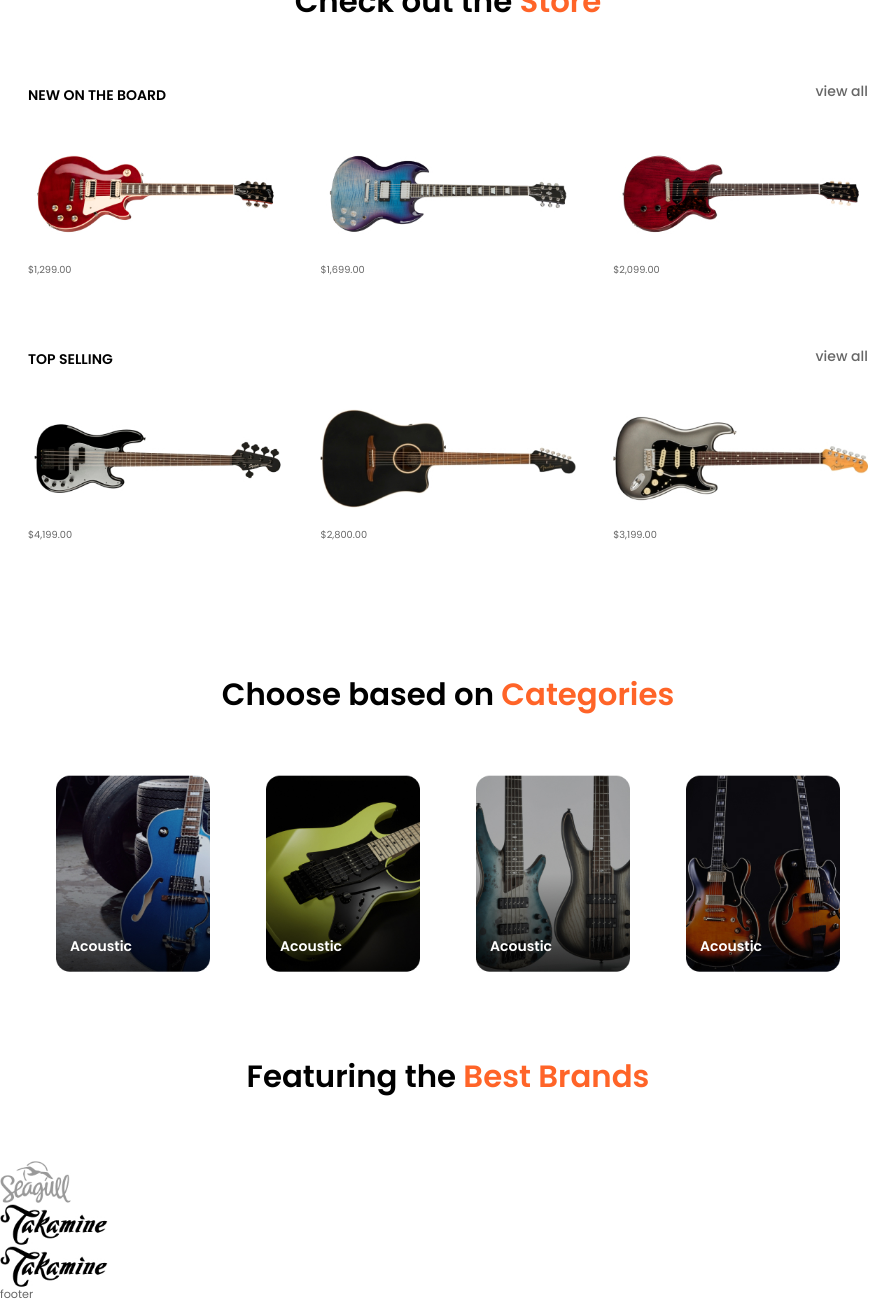
Repository: MorgunovaAlexandra/verstka-gitare-store
Page: index.html
These files come from the project's save history. The page is drawn as it stood at one moment and after a run of saves; the edit follows.
The browser window is 1280 px wide. The pictures show the part of the page from y = 773 to 2693 px (the page is 2630 px tall before and 2693 px after), at 70% of full size.

Above is the page before, as saved 2022-06-11 17:42:12.

After the next 4 saves:
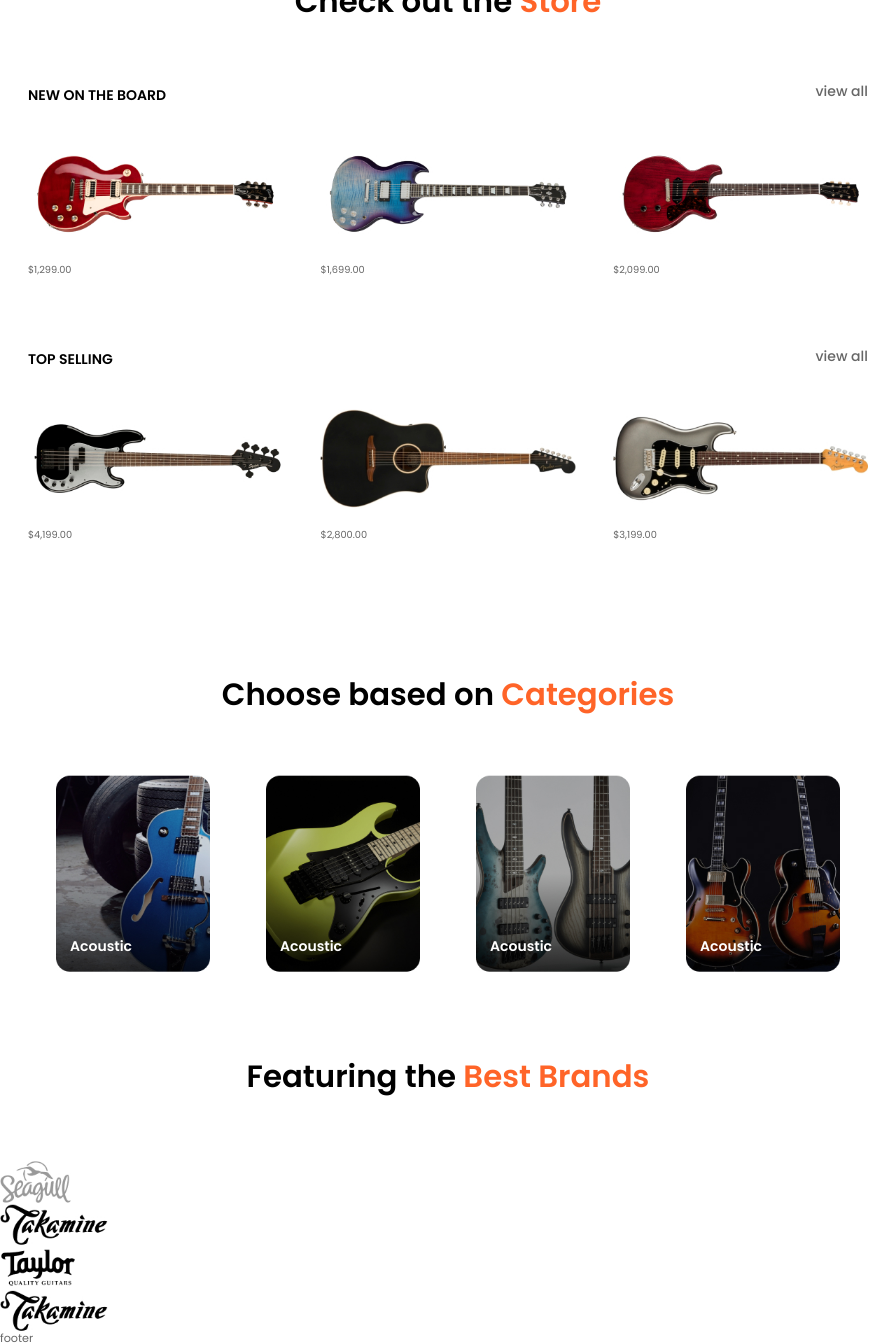
The 4 saves are shown as one change because they came seconds apart.
The last was saved 14 s later.
--- a/index.html
+++ b/index.html
@@ -151,6 +151,9 @@
                     <img src="./img/brand/Group.jpg" alt="brand">
                   </div>
                   <div class="brand__item item">
+                    <img src="./img/brand/Group.png" alt="brand">
+                  </div>
+                  <div class="brand__item item">
                     <img src="./img/brand/Group.jpg" alt="brand">
                   </div>
 
